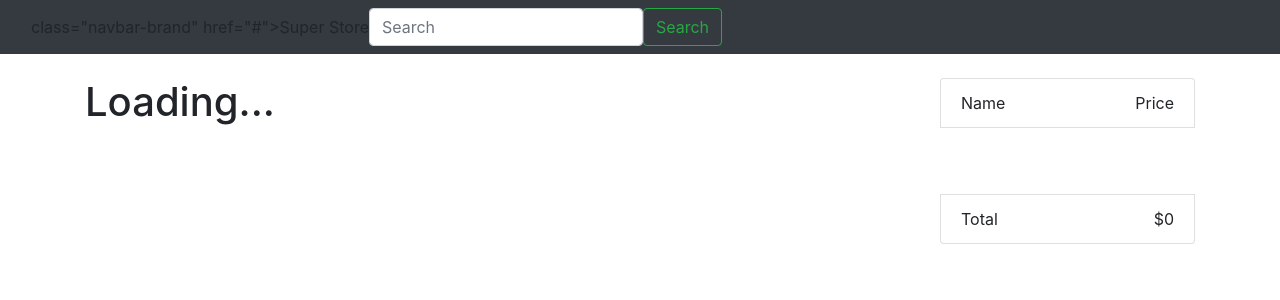
Repository: rockeycse/superstore
Page: /
An editor plug-in stored every save of this project. The page is shown before and after a run of saves, followed by the edit.
The browser window is 1280 px wide. The pictures show the whole page.
The page's requests for data from a server got no answer. The project was rebuilt for these pictures with package versions that can differ from the ones it lists, and the page was loaded fresh each time. No one was signed in, and anything a server would have sent is missing. Also part of the build but not shown: src/components/views/ItemDetails.vue, src/components/views/Test.vue.

Above is the page before, as saved 2021-06-15 17:13:28.

After the next 2 saves:
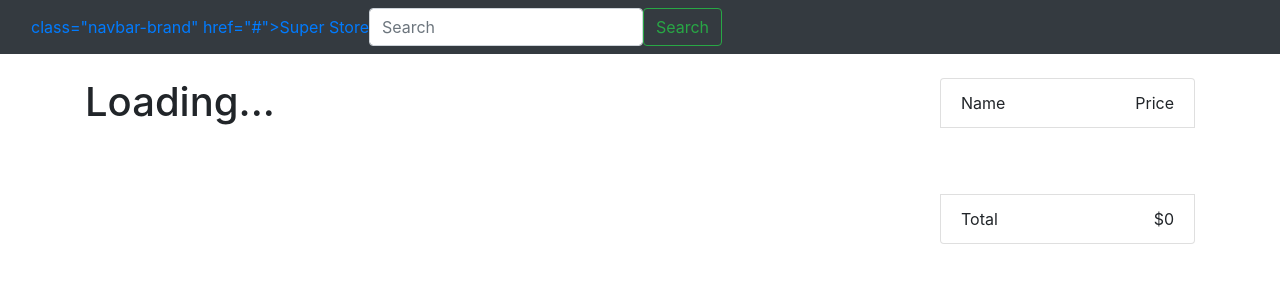
The 2 saves are shown as one change because they came seconds apart.
The last was saved 6 s later.
--- a/src/components/Navbar.vue
+++ b/src/components/Navbar.vue
@@ -1,7 +1,7 @@
 <template>
   <nav class="navbar navbar-expand-lg navbar-dark bg-dark">
     <div class="container-fluid">
-      <router-link to=""></router-link> class="navbar-brand" href="#">Super Store</a>
+      <router-link to=""> class="navbar-brand" href="#">Super Store</router-link>
       <button
         class="navbar-toggler"
         type="button"
